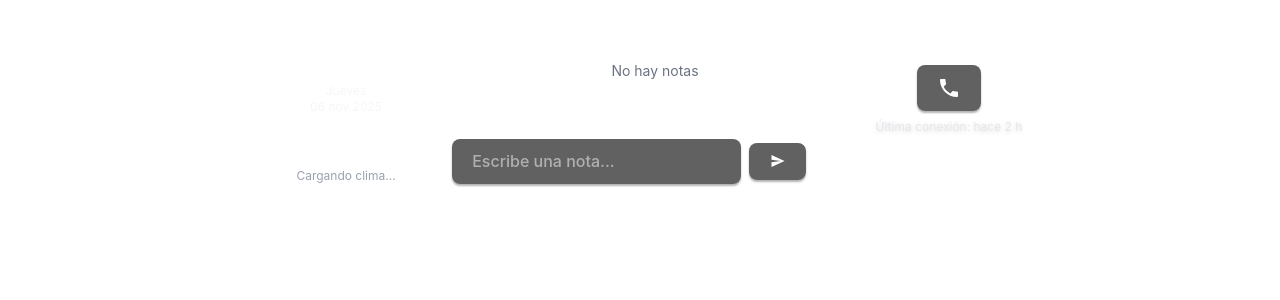
Repository: CodeByEvans/my-romantic-widget
Page: /
The author's editor kept a copy of each file at every save. The page is drawn from the files as they stood at one save, then again after the next save.
The browser window is 1280 px wide. The pictures show the whole page.
The page's requests for data from a server got no answer. The project was rebuilt for these pictures with package versions that can differ from the ones it lists, and the page was loaded fresh each time. No one was signed in, and anything a server would have sent is missing. Also part of the build but not shown: vite.config.ts.

Above is the page before, as saved 2025-11-07 13:04:41.

After the next save:
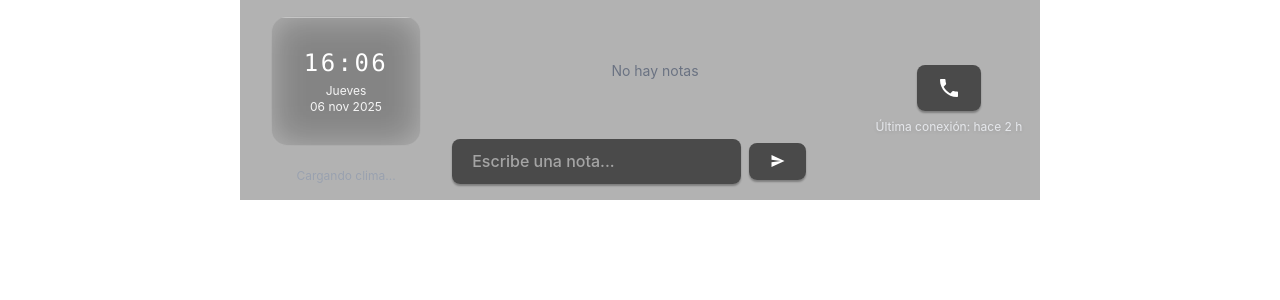
Saved 13 s later.
--- a/src/App.css
+++ b/src/App.css
@@ -47,7 +47,7 @@
   padding: 1rem;
 
   /* Fondo cristal oscuro */
-  background: (--surface-bg);
+  background: var(--surface-bg);
   backdrop-filter: blur(18px) saturate(160%);
   -webkit-app-region: drag; /* Permitir mover la ventana */
 }

After the 2 saves that followed:
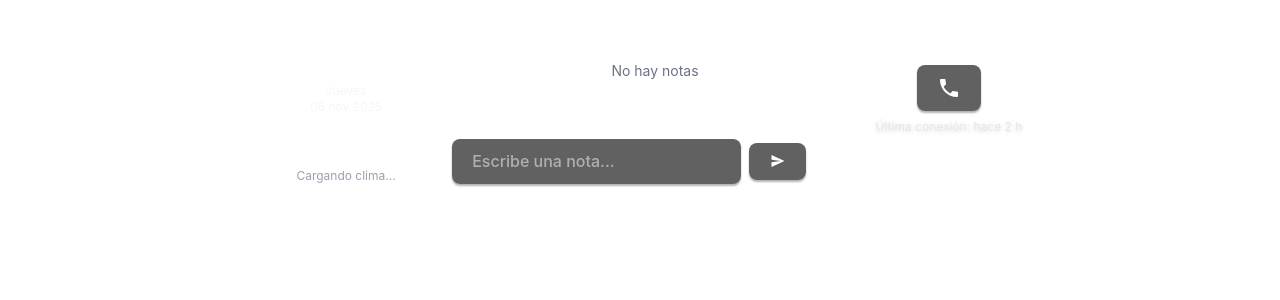
The 2 saves are shown as one change because 1 left the picture as it was.
The last was saved 56 s later.
--- a/src/App.tsx
+++ b/src/App.tsx
@@ -7,7 +7,7 @@ import { CallButton } from "./components/CallButton";
 
 function App() {
   return (
-    <main data-tauri-drag-region data-theme="glass">
+    <main data-tauri-drag-region>
       {/* Clima + Reloj */}
       <section className="flex flex-col justify-between items-center h-full w-[180px] gap-2">
         <Clock />
--- a/src/App.css
+++ b/src/App.css
@@ -48,7 +48,7 @@
 
   /* Fondo cristal oscuro */
   background: var(--surface-bg);
-  backdrop-filter: blur(18px) saturate(160%);
+  backdrop-filter: var(--surface-blur);
   -webkit-app-region: drag; /* Permitir mover la ventana */
 }
 
